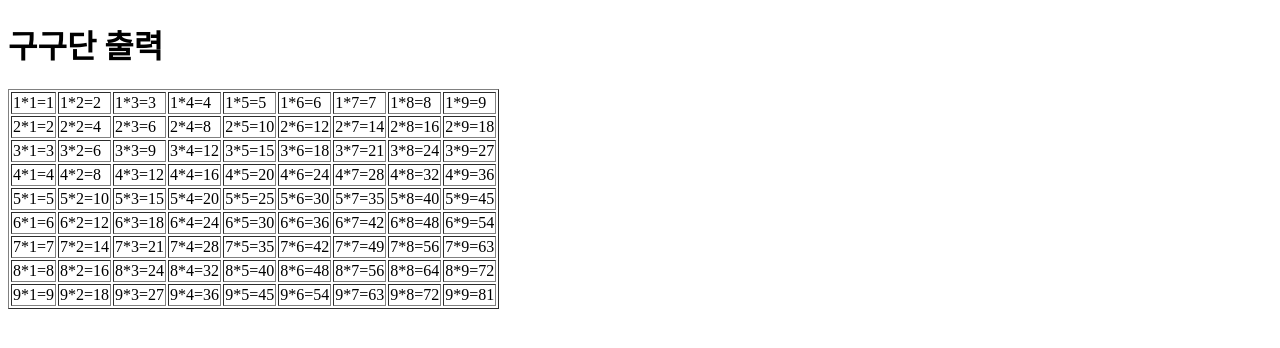
Repository: joeunpyeong/javaA
Page: http://localhost/03.Tag/01.Script/Ex04ForTest.jsp
An editor plug-in stored every save of this project. The page is shown before and after the next save, followed by the edit.
The browser window is 1280 px wide. The pictures show the whole page.
The page is served by Tomcat 9.

Above is the page before, as saved 2023-05-19 02:18:29.

After the next save:
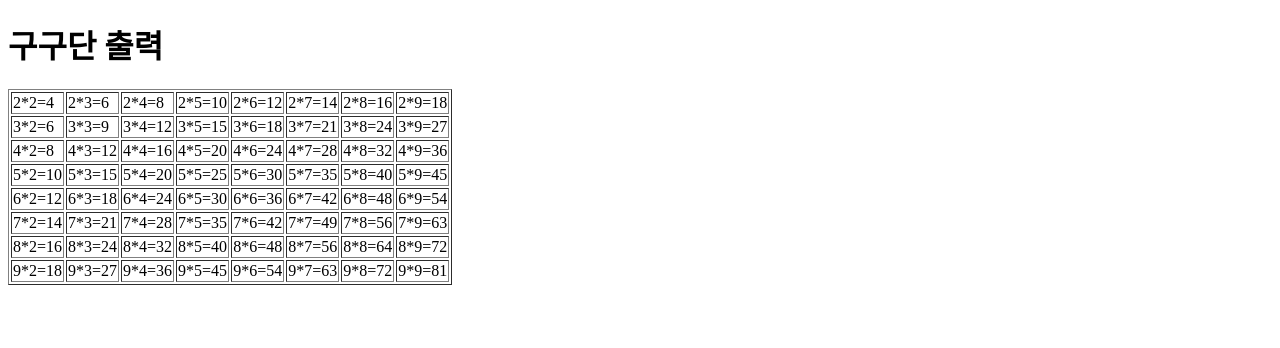
Saved 5 min 14 s later.
--- a/03.Tag/src/main/webapp/01.Script/Ex04ForTest.jsp
+++ b/03.Tag/src/main/webapp/01.Script/Ex04ForTest.jsp
@@ -11,9 +11,9 @@
 	<h1>구구단 출력</h1>
 
 <table border="1px solid black">
-	<%for(int i=1; i<10;i++){ %>
+	<%for(int i=2; i<10;i++){ %>
   	<tr>
-	<%	for(int j=1; j<10;j++){ %>
+	<%	for(int j=2; j<10;j++){ %>
 			<td><%=i%>*<%=j%>=<%=i*j%></td>
 	<%	} %>
 	</tr>
